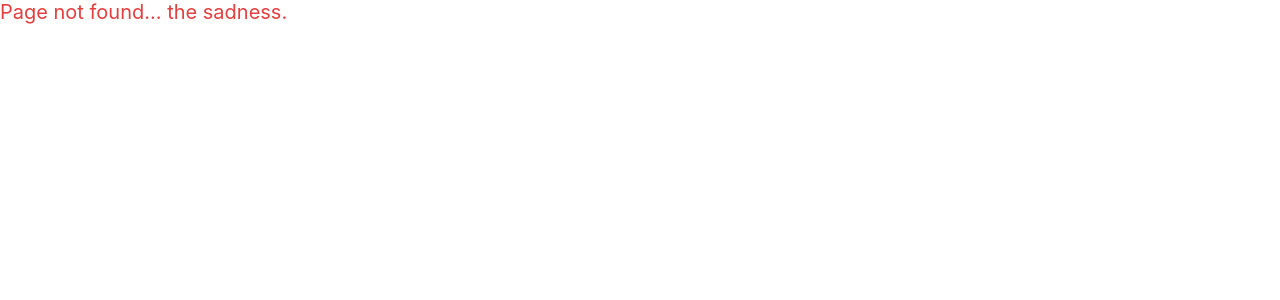
Repository: simgyungam/react-ts-skeleton
Page: /
The author's editor kept a copy of each file at every save. The page is drawn from the files as they stood at one save, then again after the next save.
The browser window is 1280 px wide. The pictures show the whole page.
The project was rebuilt for these pictures with package versions that can differ from the ones it lists, and the page was loaded fresh each time. A package was used in the major version that the imports need, not the one package.json lists. Also part of the build but not shown: src/containers/App/style.scss, src/components/Hello/index.tsx.

Above is the page before, as saved 2020-12-01 16:47:14.

### src/index.tsx
import React from 'react';
import ReactDOM from 'react-dom';
import './index.css';
import reportWebVitals from './reportWebVitals';
import Routes from './containers/Routes';

ReactDOM.render(
  <React.StrictMode>
    <Routes />
  </React.StrictMode>,
  document.getElementById('root'),
);

// If you want to start measuring performance in your app, pass a function
// to log results (for example: reportWebVitals(console.log))
// or send to an analytics endpoint. Learn more: https://bit.ly/CRA-vitals
reportWebVitals();

### src/containers/Routes.tsx
import React from 'react';
// import PropTypes from 'prop-types';
import {
  BrowserRouter as Router,
  Route,
  Switch,
} from 'react-router-dom';
import App from './App';
import Hello from '../components/Hello';
import NotFound from './NotFound';

const routes = (
  <Router>
    <App>
      <Switch>
        {/* <Route exact path="/" component={Hello} /> */}
        <Route exact path="/hello"><Hello /></Route>
        <Route><NotFound /></Route>
      </Switch>
    </App>
  </Router>
);

// const propTypes = {
//   history: PropTypes.any.isRequired,
// };

// const Routes = (props) => {
//   const { history } = props;
//   return (
//     <ConnectedRouter history={history}>
//       {routes}
//     </ConnectedRouter>
//   );
// };

// Routes.propTypes = propTypes;

function Routes(): JSX.Element {
  return routes;
}

export default Routes;

### src/containers/App/index.tsx
import React from 'react';
import Hello from '../../components/Hello';
import './style.scss';

function App(props: any): JSX.Element {
  const { children } = props;
  return (
    <div>
      {children}
    </div>
  );
}

export default App;

### src/containers/NotFound.tsx
import React from 'react';

function NotFound(): JSX.Element {
  return (
    <div style={{ fontSize: '20px', color: '#E53E3E' }}>
      Page not found... the sadness.
    </div>
  );
}

export default NotFound;

Loaded but not shown: public/index.html (common file); src/index.css (common file); src/reportWebVitals.ts (common file)

After the next save:
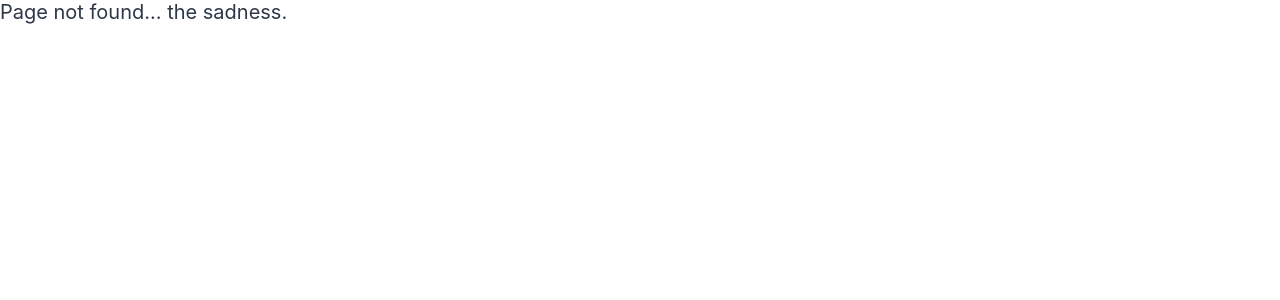
Saved 48 s later.
--- a/src/containers/NotFound.tsx
+++ b/src/containers/NotFound.tsx
@@ -2,7 +2,7 @@
 
 function NotFound(): JSX.Element {
   return (
-    <div style={{ fontSize: '20px', color: '#E53E3E' }}>
+    <div style={{ fontSize: '20px', color: '#2D3748' }}>
       Page not found... the sadness.
     </div>
   );
